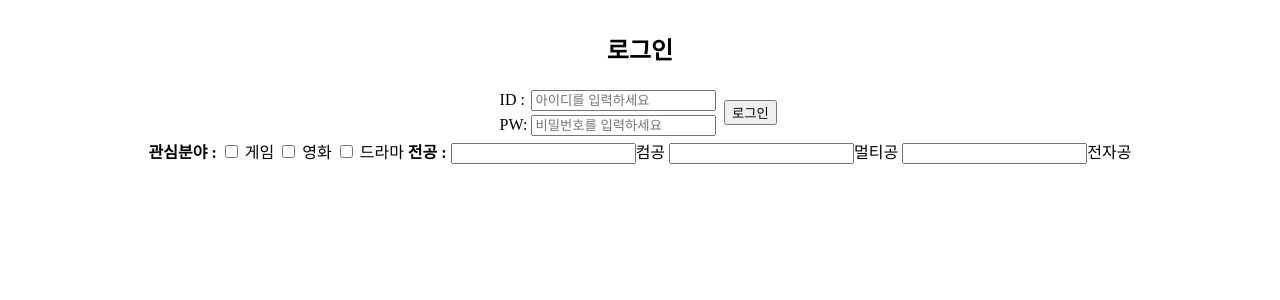
Repository: umhayun/myJSP
Page: HTML/src/main/webapp/login.html
These files come from the project's save history. The page is drawn as it stood at one moment and after the next save; the edit follows.
The browser window is 1280 px wide. The pictures show the whole page.

Above is the page before, as saved 2022-01-18 02:02:33.

After the next save:
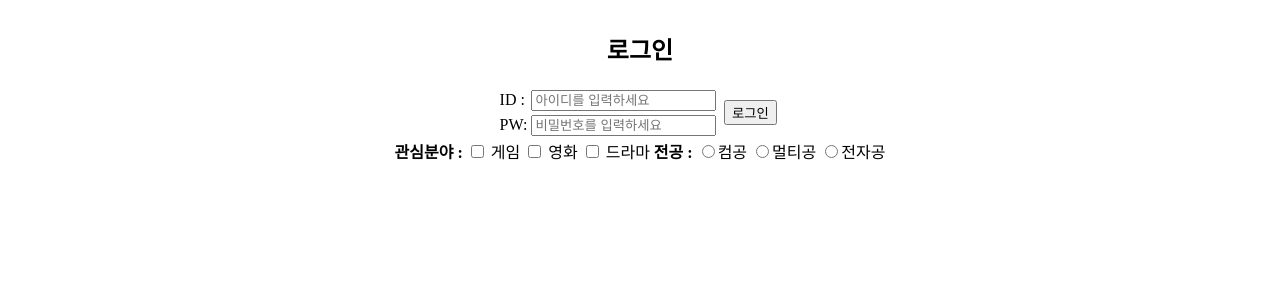
Saved 13 s later.
--- a/HTML/src/main/webapp/login.html
+++ b/HTML/src/main/webapp/login.html
@@ -32,9 +32,9 @@
 <input type="checkbox" name="intro"> 드라마
 <!-- radio 타입 -->
 <strong>전공 : </strong>
-<input type="radios"major">컴공
-<input type="radios"major">멀티공
-<input type="radios"major">전자공
+<input type="radio"major">컴공
+<input type="radio"major">멀티공
+<input type="radio"major">전자공
 </form>
 
 </body>
